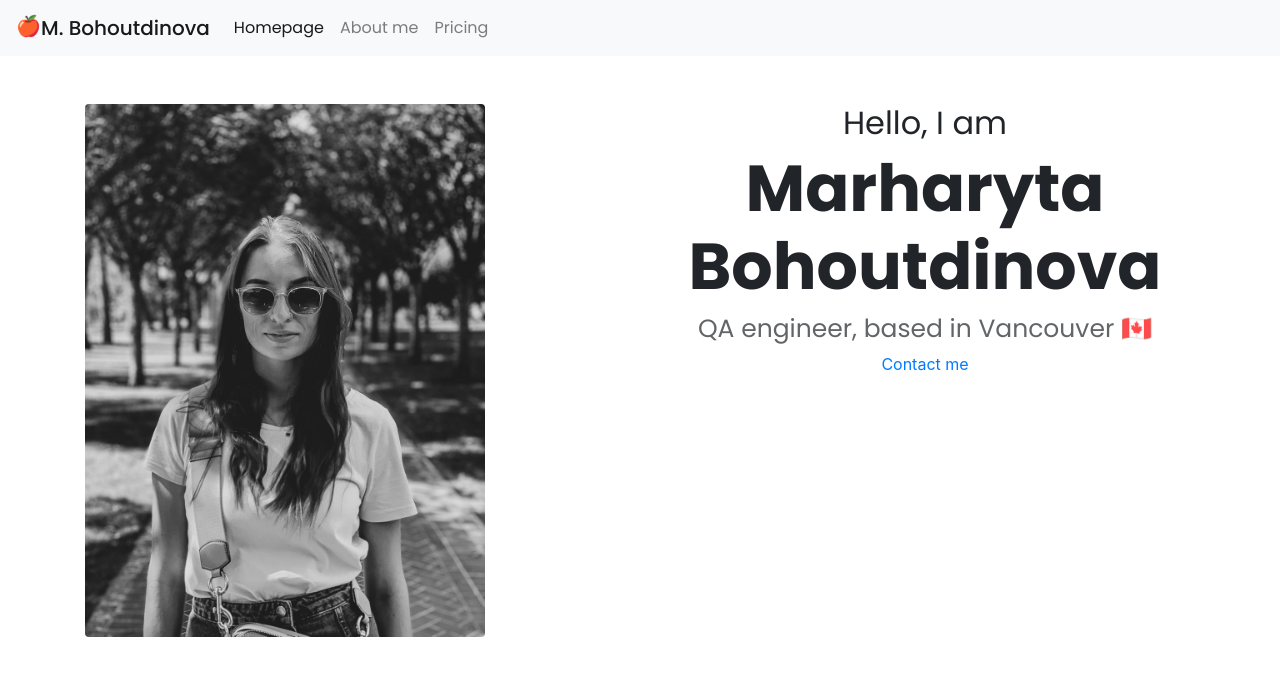
Repository: Bohoutdinova/Portfolio_week-4
Page: index.html
An editor plug-in stored every save of this project. The page is shown before and after the next save, followed by the edit.
The browser window is 1280 px wide. The pictures show the whole page.

Above is the page before, as saved 2022-08-10 18:16:30.

After the next save:
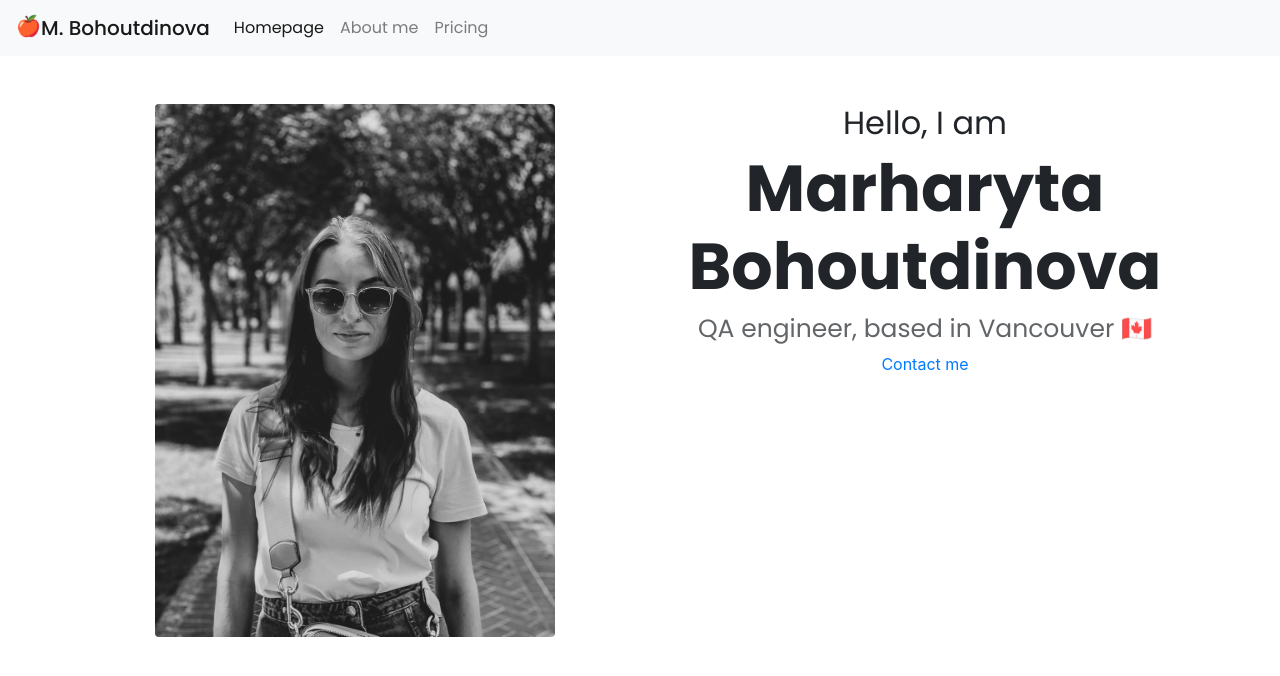
Saved 9 s later.
--- a/src/style.css
+++ b/src/style.css
@@ -41,6 +41,7 @@
   opacity: 70%;
 }
 img {
-  display: flex;
+  display: block;
+  margin: 0 auto;
   text-align: center;
 }
